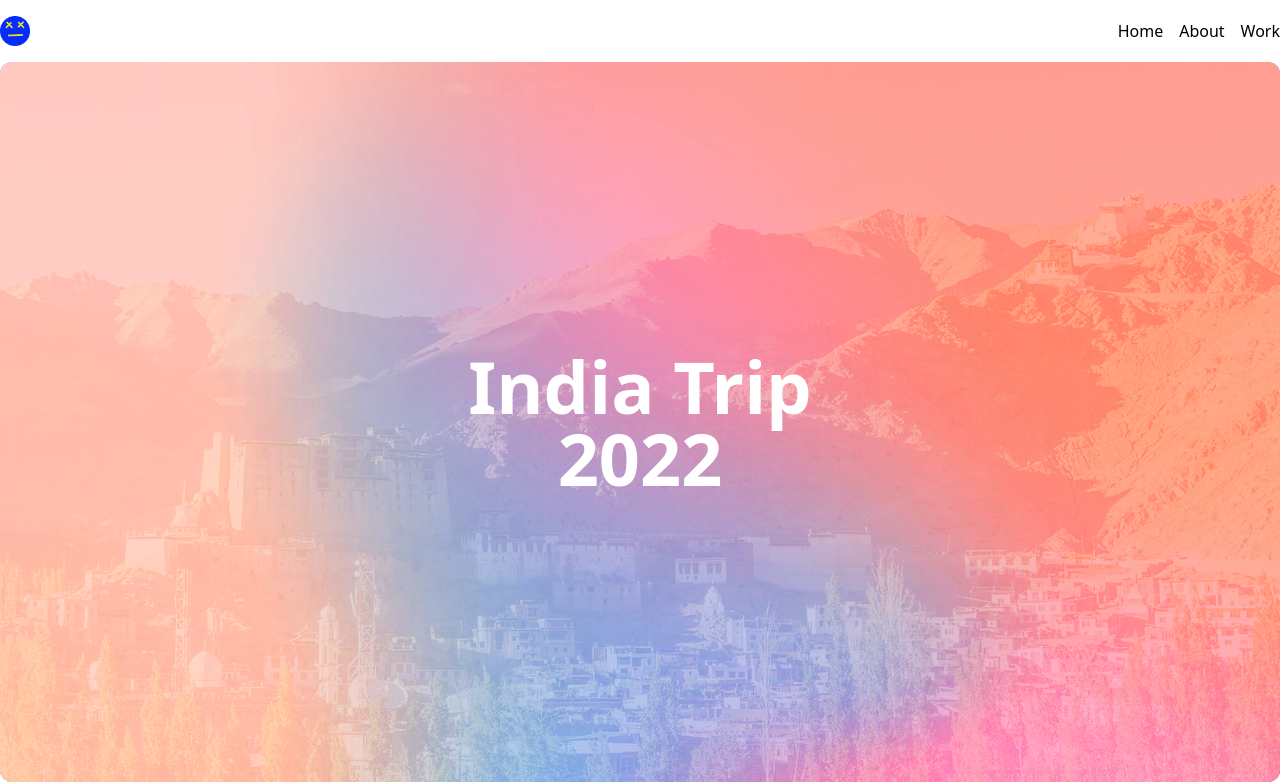
Repository: aaroncemery/aaroncemery-next
Page: /
The author's editor kept a copy of each file at every save. The page is drawn from the files as they stood at one save, then again after the next save.
The browser window is 1280 px wide. The pictures show the whole page.
The project was rebuilt for these pictures with package versions that can differ from the ones it lists, and the page was loaded fresh each time. The framework's server and built-in components were replaced by stand-ins that run in the browser. Also part of the build but not shown: next.config.js.

Above is the page before, as saved 2022-06-13 21:10:42.

After the next save:
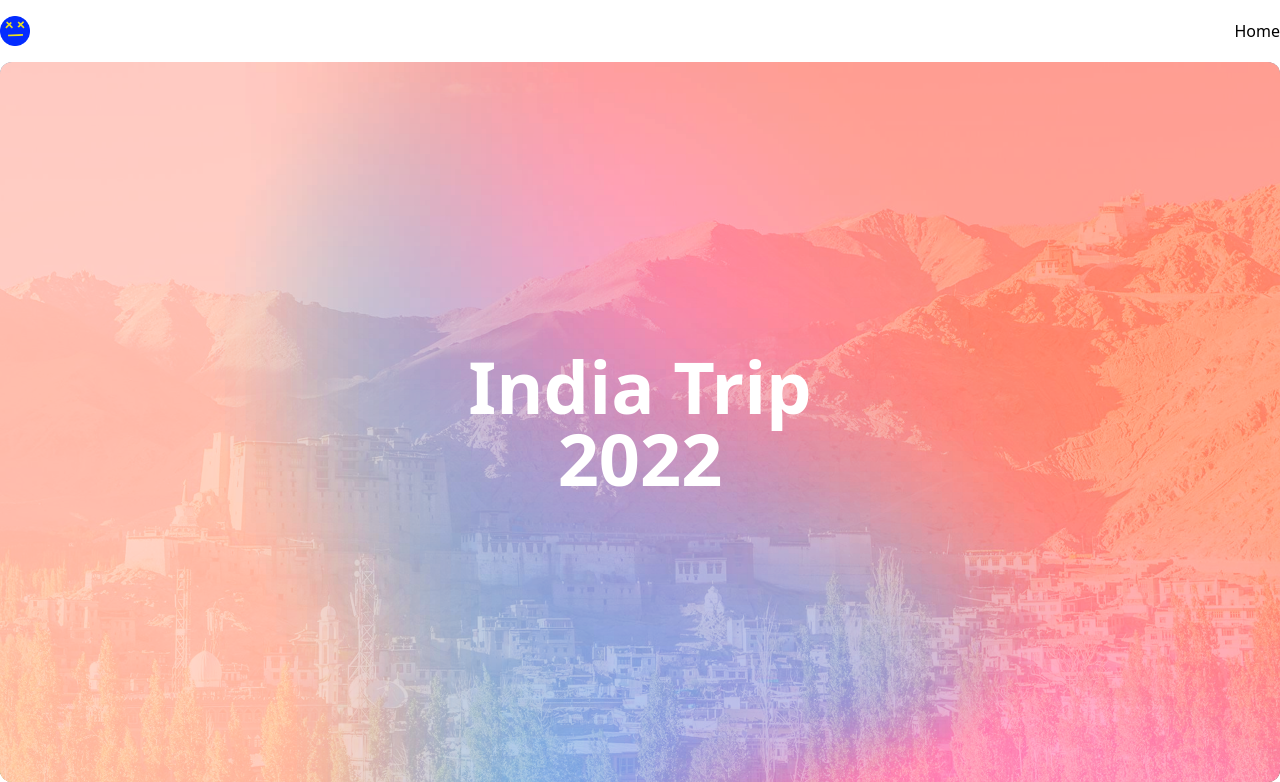
Saved 35 s later.
--- a/pages/index.tsx
+++ b/pages/index.tsx
@@ -16,12 +16,6 @@ const Home: NextPage = () => {
         <ul className="flex justify-between items-center gap-4">
           <li>
             <Link href="/">Home</Link>
-          </li>
-          <li>
-            <Link href="/about">About</Link>
-          </li>
-          <li>
-            <Link href="/work">Work</Link>
           </li>
         </ul>
       </nav>
